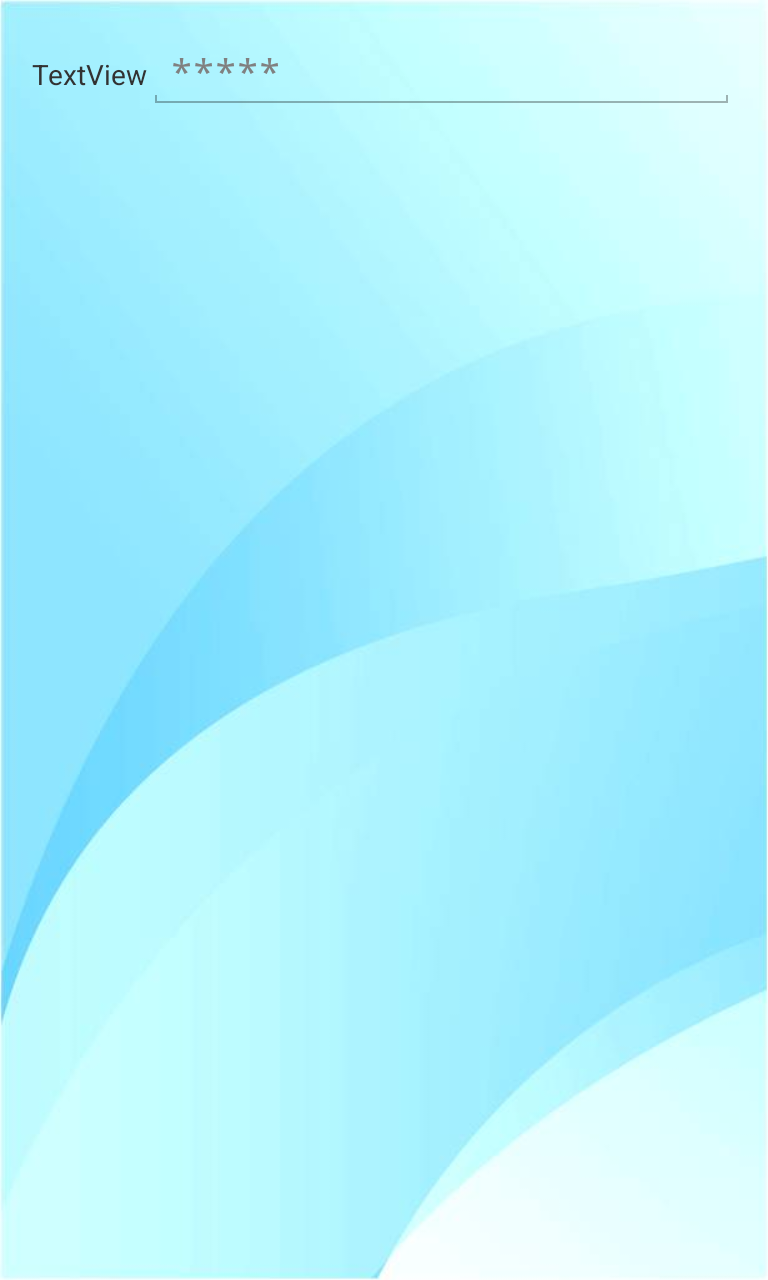
Repository: Anka123/OsobniBankar
Layout: Aplikacija/res/layout/login.xml
These files come from the project's save history. The layout is drawn as it stood at one moment and after the next save; the edit follows.
It is drawn on a 768 x 1280 px phone screen (xhdpi) without system bars, with theme AppTheme; the app's code is not run.

Above is the layout before, as saved 2015-03-20 16:58:08.

After the next save:
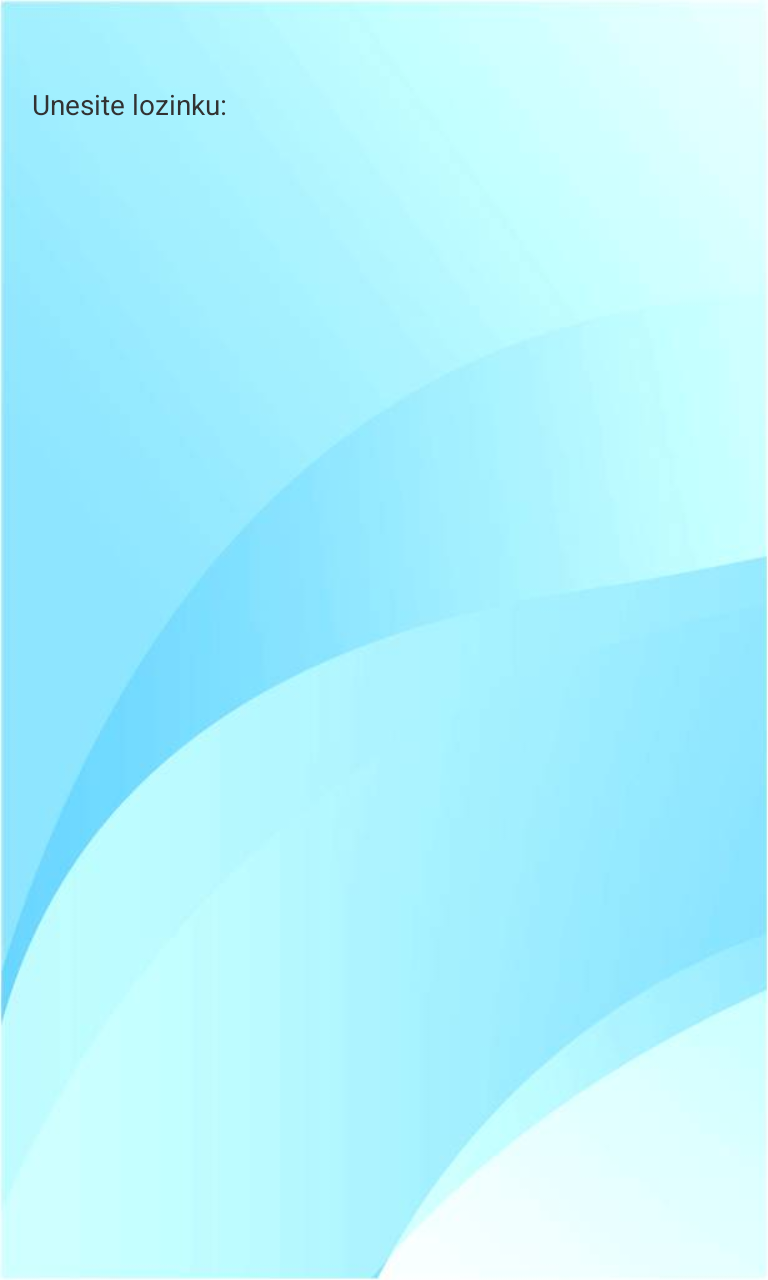
Saved 26 s later.
--- a/Aplikacija/res/layout/login.xml
+++ b/Aplikacija/res/layout/login.xml
@@ -12,9 +12,11 @@
 
     <TextView
         android:id="@+id/txtLozinka"
-        android:layout_width="wrap_content"
-        android:layout_height="wrap_content"
-        android:text="TextView" />
+        android:layout_width="match_parent"
+         android:layout_height="wrap_content"
+         android:layout_below="@+id/txtDobrodosli"
+         android:layout_marginTop="15dp"
+         android:text="@string/lozinkaUnos" />
 
     <EditText
         android:id="@+id/etLozinka"
